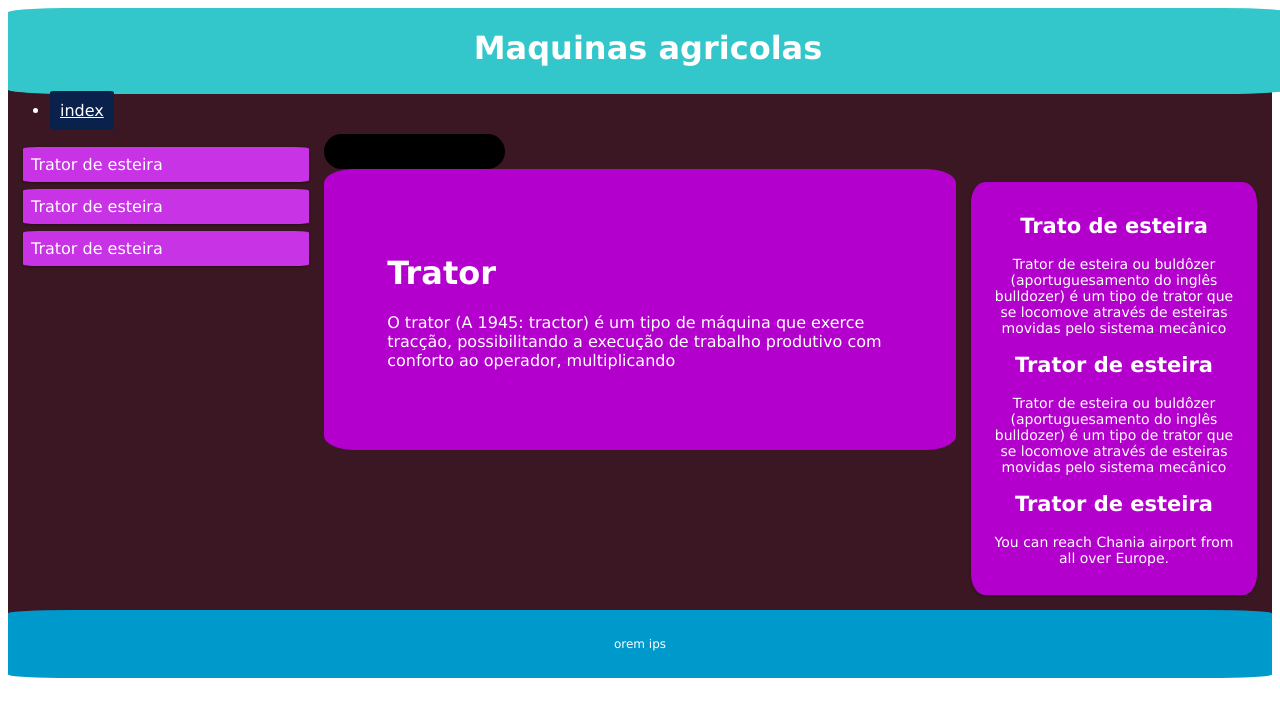
Repository: ecrseer/pesquisa-carros-html
Page: news.html
These files come from the project's save history. The page is drawn as it stood at one moment and after the next save; the edit follows.
The browser window is 1280 px wide. The pictures show the whole page.

Above is the page before, as saved 2022-01-21 16:13:58.
Console error: TypeError: Cannot read properties of undefined (reading 'fn')

After the next save:
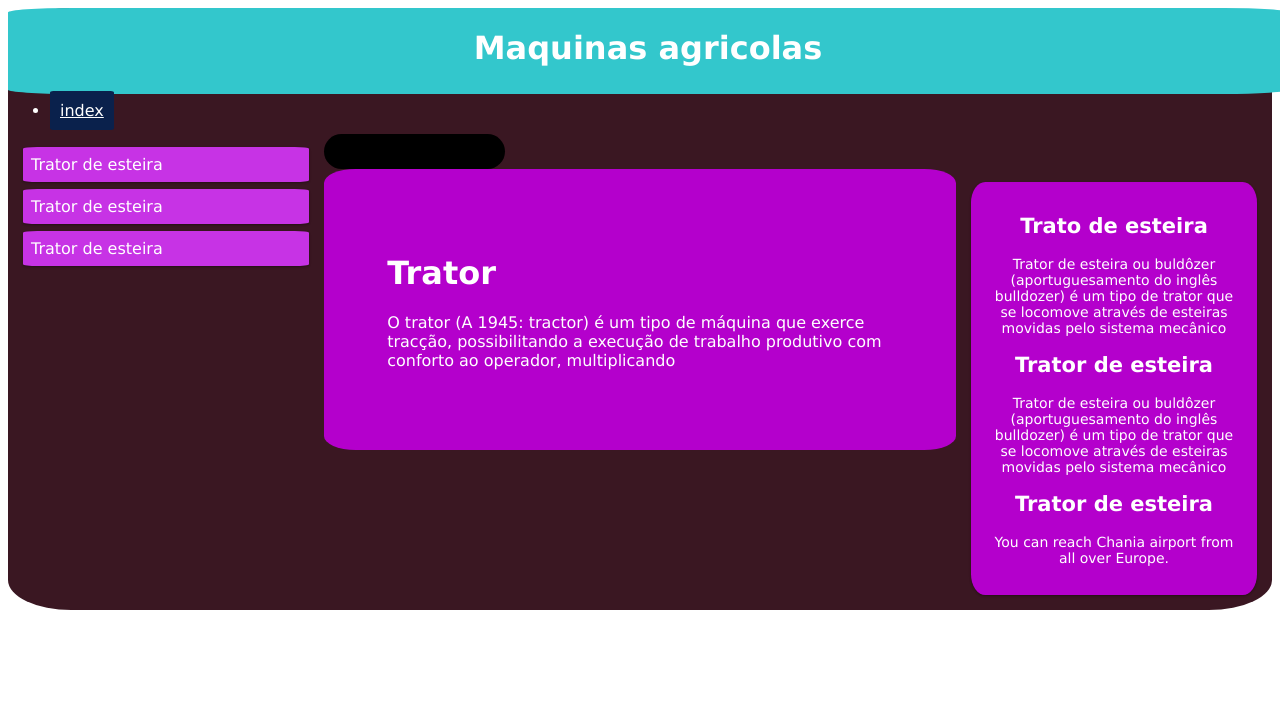
Saved 28 s later.
--- a/news.html
+++ b/news.html
@@ -57,9 +57,7 @@
 
       </div>
 
-      <div class="footer">
-        <p>orem ips</p>
-      </div>
+
     </div>
   <script src="scripts.js"></script>
 <script src="https://maxcdn.bootstrapcdn.com/bootstrap/4.0.0/js/bootstrap.min.js" integrity="sha384-JZR6Spejh4U02d8jOt6vLEHfe/JQGiRRSQQxSfFWpi1MquVdAyjUar5+76PVCmYl" crossorigin="anonymous"></script>
